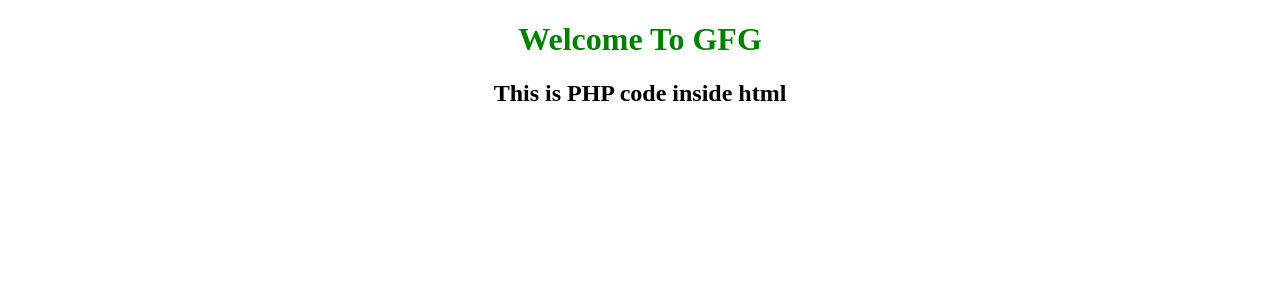
Repository: Akhilanishith/phpprojectgh
Page: http://localhost/example1.php
The author's editor kept a copy of each file at every save. The page is drawn from the files as they stood at one save, then again after a run of saves.
The browser window is 1280 px wide. The pictures show the whole page.
The page is run by PHP 8.4 with error messages shown; the project is at /var/www/html/.

Above is the page before, as saved 2022-12-14 10:51:38.

### example1.php

<!DOCTYPE html>
<html>

<head>
    <style>
        h1 {
            color: green;
        }
    </style>
</head>

<body>
    <center>
        <h1>Welcome To GFG</h1>

        <h2>
            <?php
            echo "This is PHP code inside html"
            ?>
        </h2>
    </center>
</body>

</html>

After the next 2 saves:
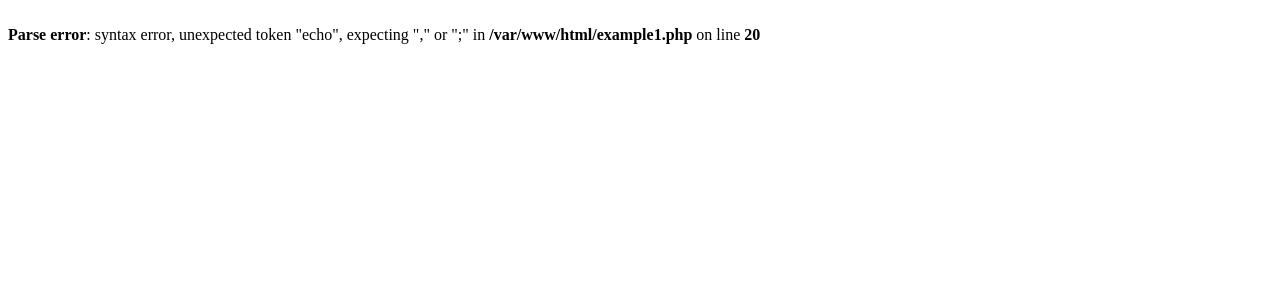
The 2 saves are shown as one change because they came seconds apart.
The last was saved 11 min 50 s later.
--- a/example1.php
+++ b/example1.php
@@ -17,6 +17,7 @@
         <h2>
             <?php
             echo "This is PHP code inside html"
+            echo "This is PHP code inside html"
             ?>
         </h2>
     </center>
